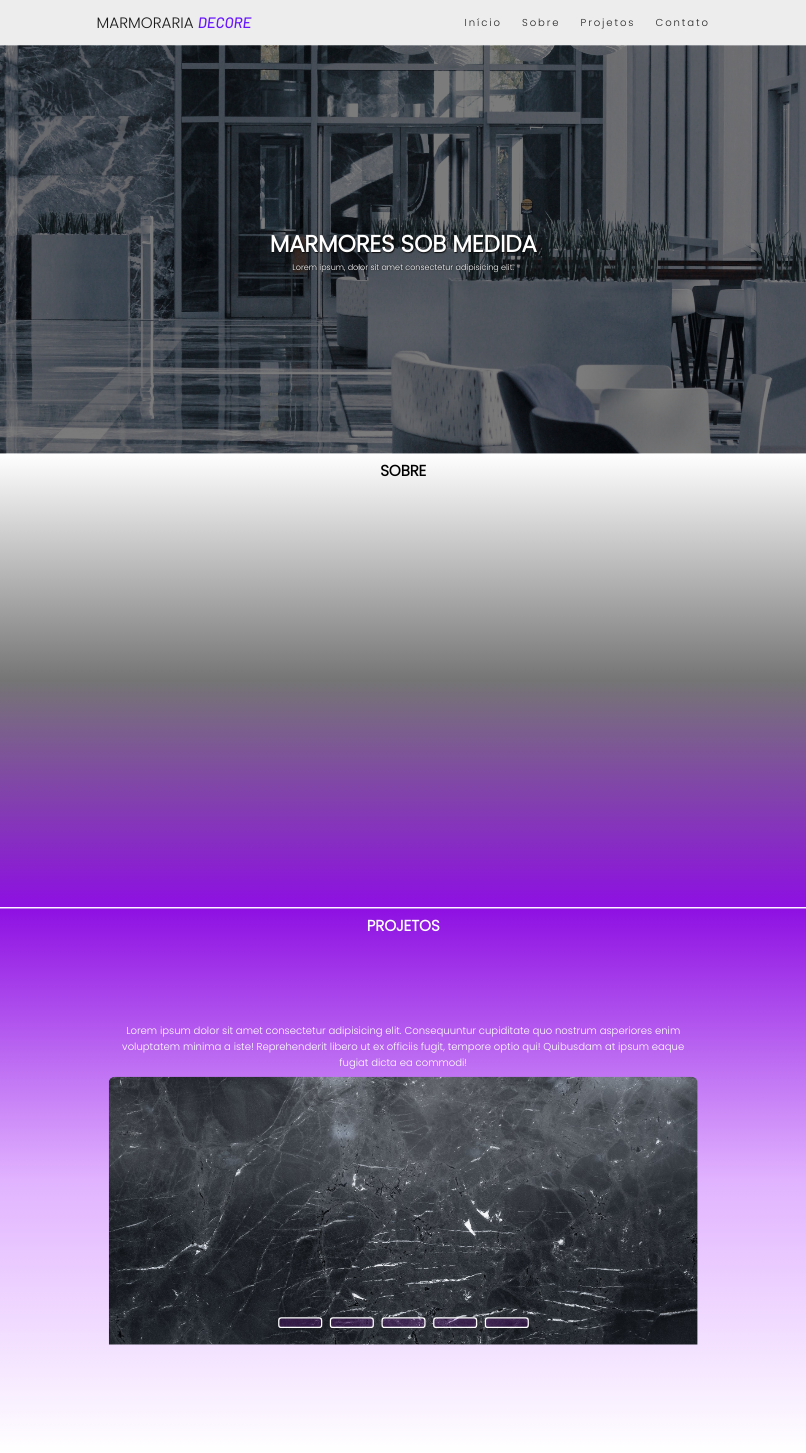
Repository: XFERRER7/projeto-xt7
Page: projetoMarmoraria/index.html
These files come from the project's save history. The page is drawn as it stood at one moment and after a run of saves; the edit follows.
The browser window is 1280 px wide. The pictures show the whole page, at 63% of full size.

Above is the page before, as saved 2022-04-21 17:24:03.

### projetoMarmoraria/index.html
<!DOCTYPE html>
<html lang="pt-br">

<head>
  <meta charset="UTF-8">
  <meta http-equiv="X-UA-Compatible" content="IE=edge">
  <meta name="viewport" content="width=device-width, initial-scale=1.0">
  <title>Marmoraria Decore</title>
  <link rel="stylesheet" href="css/style.css">

</head>

<body>
  <header>
    <nav>
      <a class="logo" href="#">MARMORARIA <span id="decore">DECORE</span></a>
      <div class="mobile-menu">
        <div class="line1"></div>
        <div class="line2"></div>
        <div class="line3"></div>
      </div>
      <ul class="nav-list">
        <li><a href="#">Início</a></li>
        <li><a href="#">Sobre</a></li>
        <li><a href="#">Projetos</a></li>
        <li><a href="#">Contato</a></li>
      </ul>
    </nav>
    <div class="hero-section">
      <div class="hero-section-text">
        <h1 id="titulo-header">MARMORES SOB MEDIDA</h1>
        <p id="paragrafo-header">Lorem ipsum, dolor sit amet consectetur adipisicing elit.</p>
      </div>
    </div>
  </header>
  <main>


    <section class="section-b">
      <h1 id="section-b-h1">SOBRE</h1>
    </section>




    <div id="divisa"></div>





    <section class="section-a">
      <h1 id="section-a-h1">PROJETOS</h1>
      <div class="content">
        <p class="desc" id="descricao">Lorem ipsum dolor sit amet consectetur adipisicing elit. Consequuntur cupiditate quo nostrum asperiores enim voluptatem minima a iste! Reprehenderit libero ut ex officiis fugit, tempore optio qui! Quibusdam at ipsum eaque fugiat dicta ea commodi!</p>
        <div class="slides">
          <input type="radio" name="slide" id="slide1" checked>
          <input type="radio" name="slide" id="slide2">
          <input type="radio" name="slide" id="slide3">
          <input type="radio" name="slide" id="slide4">
          <input type="radio" name="slide" id="slide5">
          <div class="slide s1">
            <img src="./img/2.jpg" alt="img-1">
          </div>
          <div class="slide">
            <img src="./img/1.jpg" alt="img-2">
          </div>
          <div class="slide">
            <img src="./img/3.jpg" alt="img-3">
          </div>
          <div class="slide">
            <img src="./img/4.jpg" alt="img-4">
          </div>
          <div class="slide">
            <img src="./img/5.jpg" alt="img-5">
          </div>
        </div>
        <div class="navigation">
          <!-- Aqui ficará os labels para selecionar os inputs das imagens-->
          <label class="bar" id="lbl1" for="slide1" onclick="mudarTextoLbl1()"></label>
          <label class="bar" id="lbl2" for="slide2" onclick="mudarTextoLbl2()"></label>
          <label class="bar" id="lbl3" for="slide3" onclick="mudarTextoLbl3()"></label>
          <label class="bar" id="lbl4" for="slide4" onclick="mudarTextoLbl4()"></label>
          <label class="bar" id="lbl5" for="slide5" onclick="mudarTextoLbl5()"></label>
        </div>
      </div>
    </section>

  </main>




  <script src="js/menu-bar.js"></script>
  <script src="js/changeText.js"></script>

  <footer>

  </footer>
</body>

</html>

### projetoMarmoraria/css/style.css
@import url('https://fonts.googleapis.com/css2?family=Poppins:ital,wght@0,300;1,100&display=swap');
@import url('https://fonts.googleapis.com/css2?family=Barlow:ital,wght@1,500&display=swap');

* {
  margin: 0;
  padding: 0;
  box-sizing: border-box;
  font-family: 'Poppins', sans-serif;
}

::-webkit-scrollbar {
  width: 15px;
}

::-webkit-scrollbar-track {
  background: #ffffff;

}

::-webkit-scrollbar-thumb {
  background: rgb(154, 2, 255);
  border-radius: 3px;
}

/*----------------------------------MENU-BAR----------------------------------*/
a {
  color: rgb(37, 37, 37);
  text-decoration: none;
  transition: 0.8s;
}

a:hover {
  color: blue;
  opacity: 0.7;
}

.logo {
  font-size: 1.5em;
  text-transform: uppercase;
  color: rgb(26, 26, 26);
}

#decore {
  font-family: 'Barlow', sans-serif;
  color: #6817ff;
}

nav {
  display: flex;
  justify-content: space-around;
  align-items: center;
  font-family: 'Poppins', sans-serif;
  background: #ededed;
  height: 10vh;
}


.nav-list {
  list-style: none;
  display: flex;
}

.nav-list li {
  letter-spacing: 3px;
  margin-left: 32px;
}

.mobile-menu {
  display: none;
  cursor: pointer;
}

.mobile-menu div {
  width: 32px;
  height: 2px;
  background: rgb(20, 24, 255);
  margin: 8px;
  transition: 0.3s;
}

@media (max-width: 999px) {
  body {
    overflow-x: hidden;
  }

  .logo {
    font-size: 1.8rem;
  }

  .nav-list {
    overflow-x: hidden;
    position: fixed;
    top: 10vh;
    right: 0;
    width: 50vw;
    height: 40vh;
    background: #ededed;
    flex-direction: column;
    align-items: center;
    justify-content: space-around;
    transform: translateX(100%);
    transition: transform 0.3s ease-in;
  }

  .nav-list li {
    margin-left: 0;
    opacity: 0;
  }

  .mobile-menu {
    display: block;
  }
}

.nav-list.active {
  transform: translateX(0);
}

@keyframes navLinkFade {
  from {
    opacity: 0;
    transform: translateX(50px);
  }

  to {
    opacity: 1;
    transform: translateX(0);
  }
}

.mobile-menu.active .line1 {
  transform: rotate(-45deg) translate(-8px, 8px);
}

.mobile-menu.active .line2 {
  opacity: 0;
}

.mobile-menu.active .line3 {
  transform: rotate(45deg) translate(-5px, -7px);
}

/*------------------------------IMAGEM DO HEADER------------------------------*/
.hero-section {
  background-image: linear-gradient(to bottom, rgba(0, 0, 0, 0.516), rgba(0, 0, 0, 0.516)), url(../img/img-header.jpg);
  background-position: 50%;
  background-repeat: no-repeat;
  background-size: cover;
  height: 90vh;
  text-align: center;
  display: -webkit-flex;
  display: -ms-flexbox;
  display: flex;
  -webkit-align-items: center;
  -ms-flex-align: center;
  align-items: center;
  -webkit-justify-content: center;
  -ms-flex-pack: center;
  justify-content: center;
}

#titulo-header {
  font-size: 2.3rem;
}

#paragrafo-header {
  font-size: 0.8rem;
}

.hero-section .hero-section-text {
  color: #fefefe;
  text-shadow: 1px 1px 2px #0a0a0a;
}


main {
  margin: 0;
  padding: 0;
  height: 150vh;
  width: 100%;
  position: absolute;
}

/*------------------------------------Sobre------------------------------------*/

.section-b {
  height: 100vh;
  background-image: linear-gradient(to bottom, #fff, rgb(117, 117, 117), rgb(142, 16, 226));
}

#section-b-h1 {
  text-align: center;
  padding-top: 10px;
}

/*------------------------------Slider de imagens------------------------------*/

.section-a {
  height: 120vh;
  background-image: linear-gradient(to top, #fff, rgb(225, 179, 255), rgb(142, 16, 226));
  position: relative;
  color: #fff;
}

#section-a-h1 {
  text-align: center;
  padding-top: 10px;
}

.content {
  height: 520px;
  width: 935px;
  overflow: hidden;
  position: absolute;
  top: 50%;
  left: 50%;
  transform: translate(-50%, -50%);
}

.desc {
  text-align: center;
  padding: 10px;
}

.navigation {
  position: absolute;
  bottom: 20px;
  left: 50%;
  transform: translate(-50%);
  display: flex;
}

.bar {
  background-color: #b617ff28;
  width: 70px;
  height: 17px;
  border: 2px solid rgb(255, 255, 255);
  margin: 6px;
  border-radius: 5px;
  cursor: pointer;
  transition: .4s;
}

.bar:hover {
  background: #fff;
}

input {
  display: none;
}

.slides {
  display: flex;
  width: 500%;
  height: 100%;
}

.slide {
  width: 20%;
  transition: .6s;
}

.slide img {
  width: 100%;
  height: 100%;
  border-radius: 10px;
}

#slide1:checked~.s1 {
  margin-left: 0;
}

#slide2:checked~.s1 {
  margin-left: -20%;
}

#slide3:checked~.s1 {
  margin-left: -40%;
}

#slide4:checked~.s1 {
  margin-left: -60%;
}

#slide5:checked~.s1 {
  margin-left: -80%;
}

@media (max-width: 999px) {

  .content {
    margin-top: -350px;
    width: 100%;

  }



}

#divisa {
  height: 2px;
  background-color: #ffffff;
}

### projetoMarmoraria/js/menu-bar.js
class MobileNavbar {
  constructor(mobileMenu, navList, navLinks) {
    this.mobileMenu = document.querySelector(mobileMenu);
    this.navList = document.querySelector(navList);
    this.navLinks = document.querySelectorAll(navLinks);
    this.activeClass = "active";

    this.handleClick = this.handleClick.bind(this);
  }

  animateLinks() {
    this.navLinks.forEach((link, index) => {
      link.style.animation
        ? (link.style.animation = "")
        : (link.style.animation = `navLinkFade 0.5s ease forwards ${
            index / 7 + 0.3
          }s`);
    });
  }

  handleClick() {
    this.navList.classList.toggle(this.activeClass);
    this.mobileMenu.classList.toggle(this.activeClass);
    this.animateLinks();
  }

  addClickEvent() {
    this.mobileMenu.addEventListener("click", this.handleClick);
  }

  init() {
    if (this.mobileMenu) {
      this.addClickEvent();
    }
    return this;
  }
}

const mobileNavbar = new MobileNavbar(
  ".mobile-menu",
  ".nav-list",
  ".nav-list li",
);
mobileNavbar.init();

### projetoMarmoraria/js/changeText.js
function mudarTextoLbl1() {
  document.getElementById('descricao').textContent = "Lorem ipsum dolor sit amet consectetur adipisicing elit. Hic, nisi exercitationem harum officia facilis nihil vitae eligendi provident architecto quis quod unde quas incidunt assumenda corporis iste repudiandae esse voluptatibus?";
}
function mudarTextoLbl2() {
  document.getElementById('descricao').textContent = "Lorem ipsum dolor sit, amet consectetur adipisicing elit. Sapiente distinctio ipsa incidunt non exercitationem laboriosam animi id accusamus placeat, commodi, veniam rerum ut! Fugiat tenetur unde nihil minima fuga veniam odio nulla pariatur eum reiciendis.";
}
function mudarTextoLbl3() {
  document.getElementById('descricao').textContent = "Lorem ipsum dolor sit amet consectetur adipisicing elit. Quas nisi saepe nobis? Maxime blanditiis illo animi tempora maiores expedita qui eum, iusto, ratione odit quia repellendus delectus voluptate nobis nam tenetur, officiis magnam quisquam fugiat dicta nisi id natus. Magnam.";
}
function mudarTextoLbl4() {
  document.getElementById('descricao').textContent = "Lorem ipsum dolor sit amet, consectetur adipisicing elit. Quos eius dolor libero iste impedit nesciunt animi totam corporis id quod.";
}
function mudarTextoLbl5() {
  document.getElementById('descricao').textContent = "Lorem ipsum dolor sit amet, consectetur adipisicing elit. Obcaecati nulla quos quia? Consectetur laudantium illum asperiores excepturi. Itaque ab, rem tempore ullam, fugit aspernatur est alias quaerat expedita nulla, unde recusandae dolore quidem reiciendis atque?";
}

After the next 2 saves:
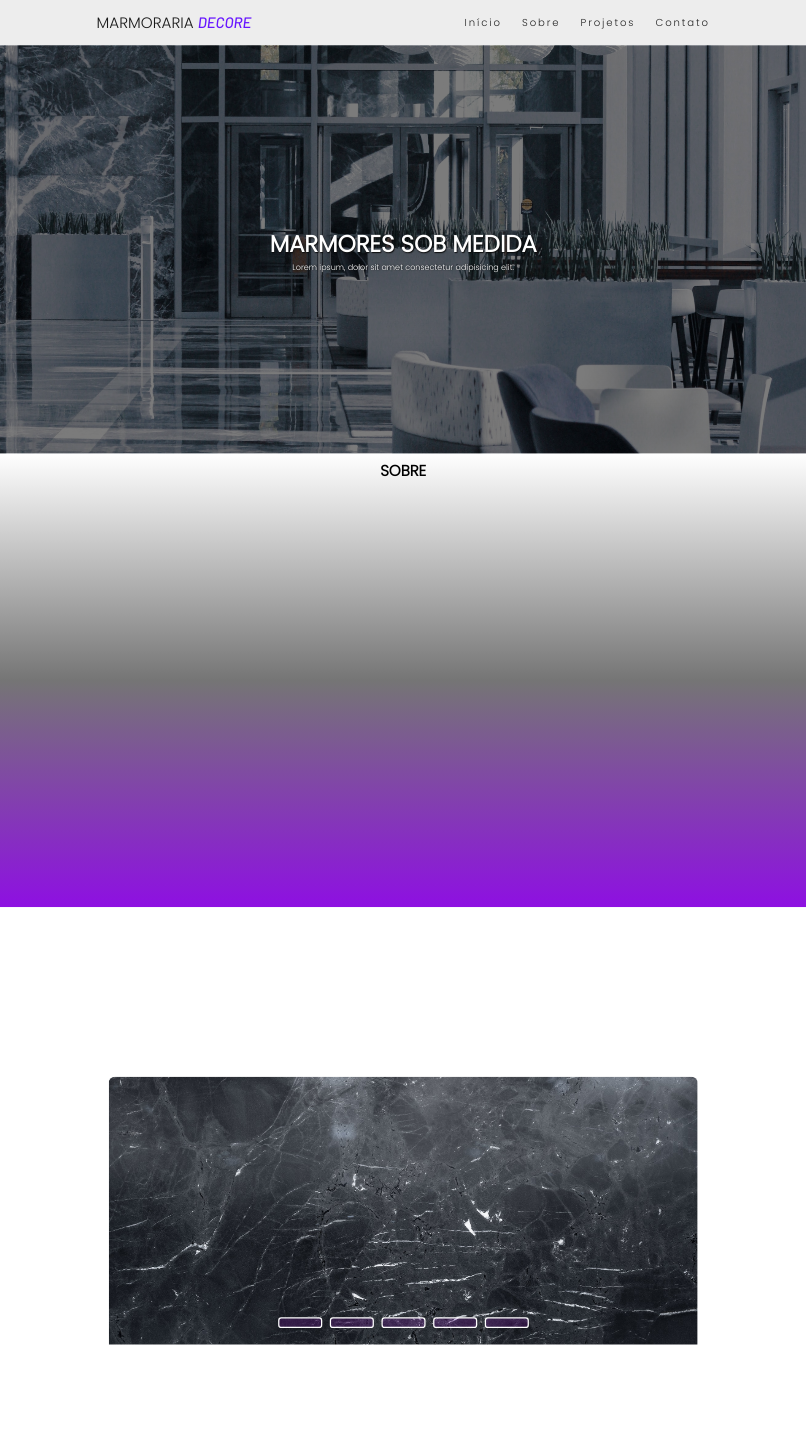
The 2 saves are shown as one change because they came seconds apart.
The last was saved 101 s later.
--- a/projetoMarmoraria/css/style.css
+++ b/projetoMarmoraria/css/style.css
@@ -197,7 +197,7 @@ main {
 
 .section-a {
   height: 120vh;
-  background-image: linear-gradient(to top, #fff, rgb(225, 179, 255), rgb(142, 16, 226));
+  background-color: #ffffff;
   position: relative;
   color: #fff;
 }
